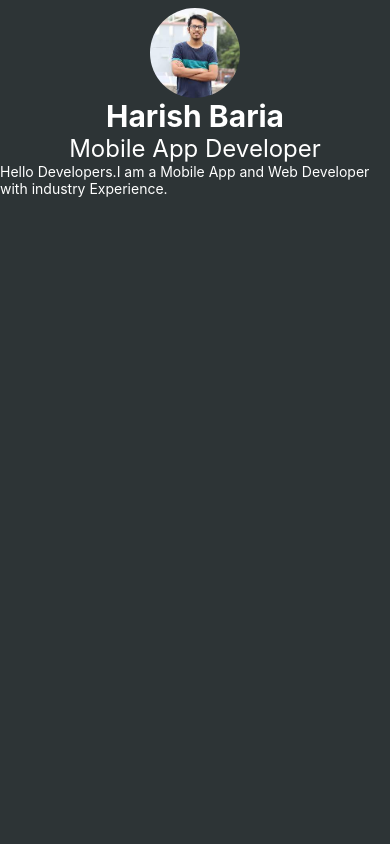
Repository: harishbariya/React-Native-ui-desiign
Screen: /
The author's editor kept a copy of each file at every save. The screen is drawn from the files as they stood at one save, then again after the next save.
The app was drawn by React Native's web renderer in a window 390 px wide. The project was rebuilt for these pictures with package versions that can differ from the ones it lists, and the page was loaded fresh each time.

Above is the screen before, as saved 2021-11-17 14:19:40.

### App.js
import React, { Component } from 'react';
import {View,Text,StyleSheet,Image} from 'react-native';


class App extends Component
{
  render()
  {
    return(
      <View style={styles.display}>
      <Image style={{alignSelf:"center",marginTop:8,borderRadius:1000}}source={{uri:"data:[embedded picture, 9311 characters]"
      ,width:90,height:90}}/>
        <Text style={[styles.textstyles,{color:"#fff",fontSize:30,fontWeight:"bold"}]}>Harish Baria</Text>
        <Text style={[styles.textstyles,{fontSize:24}]}>Mobile App Developer</Text>
      <Text style={{color:"#fff"}}>Hello Developers.I am a Mobile App and Web Developer with industry Experience.</Text>
      </View>
    );
  }
}

const styles=StyleSheet.create({

  display:{
    flex:1,
    flexDirection:"column",
    backgroundColor:"#2d3436",
  },
  textstyles:{
    color:"#fff",
    textAlign:"center",
  }

})

export default App

After the next save:
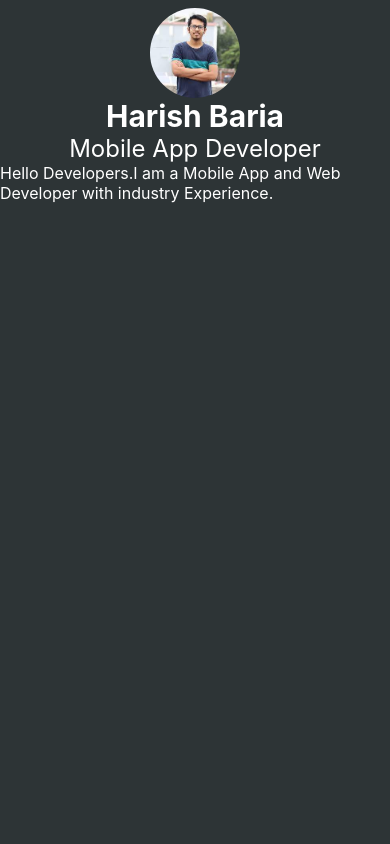
Saved 12 s later.
--- a/App.js
+++ b/App.js
@@ -12,7 +12,7 @@ class App extends Component
       ,width:90,height:90}}/>
         <Text style={[styles.textstyles,{color:"#fff",fontSize:30,fontWeight:"bold"}]}>Harish Baria</Text>
         <Text style={[styles.textstyles,{fontSize:24}]}>Mobile App Developer</Text>
-      <Text style={{color:"#fff"}}>Hello Developers.I am a Mobile App and Web Developer with industry Experience.</Text>
+      <Text style={{color:"#fff",fontSize:16}}>Hello Developers.I am a Mobile App and Web Developer with industry Experience.</Text>
       </View>
     );
   }
